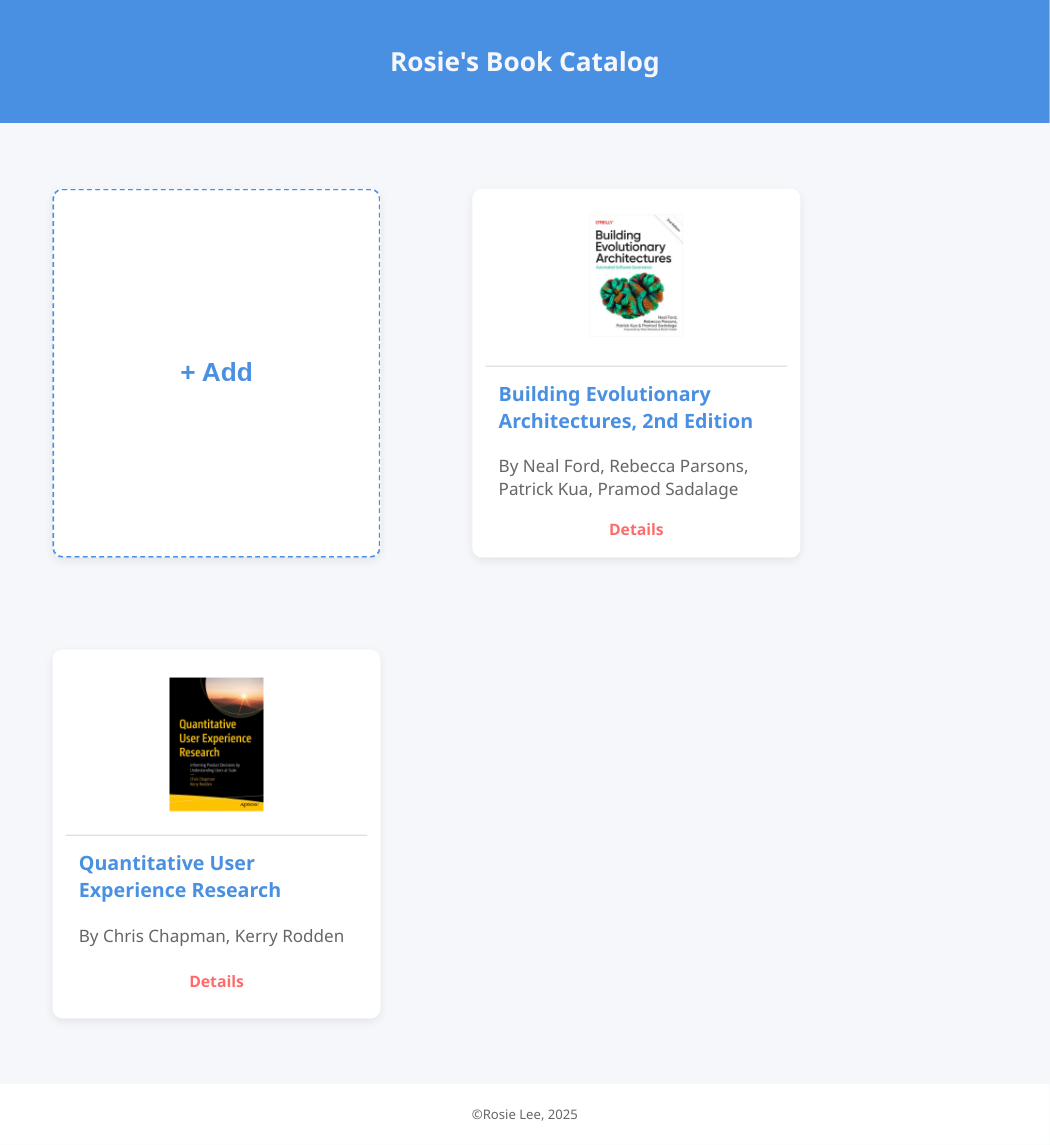
Repository: rosielee09/book-catalog
Page: /
These files come from the project's save history. The page is drawn as it stood at one moment and after the next save; the edit follows.
The browser window is 1280 px wide. The pictures show the whole page, at 82% of full size.
The project was rebuilt for these pictures with package versions that can differ from the ones it lists, and the page was loaded fresh each time. Also part of the build but not shown: vite.config.js.

Above is the page before, as saved 2025-09-12 22:02:24.

After the next save:
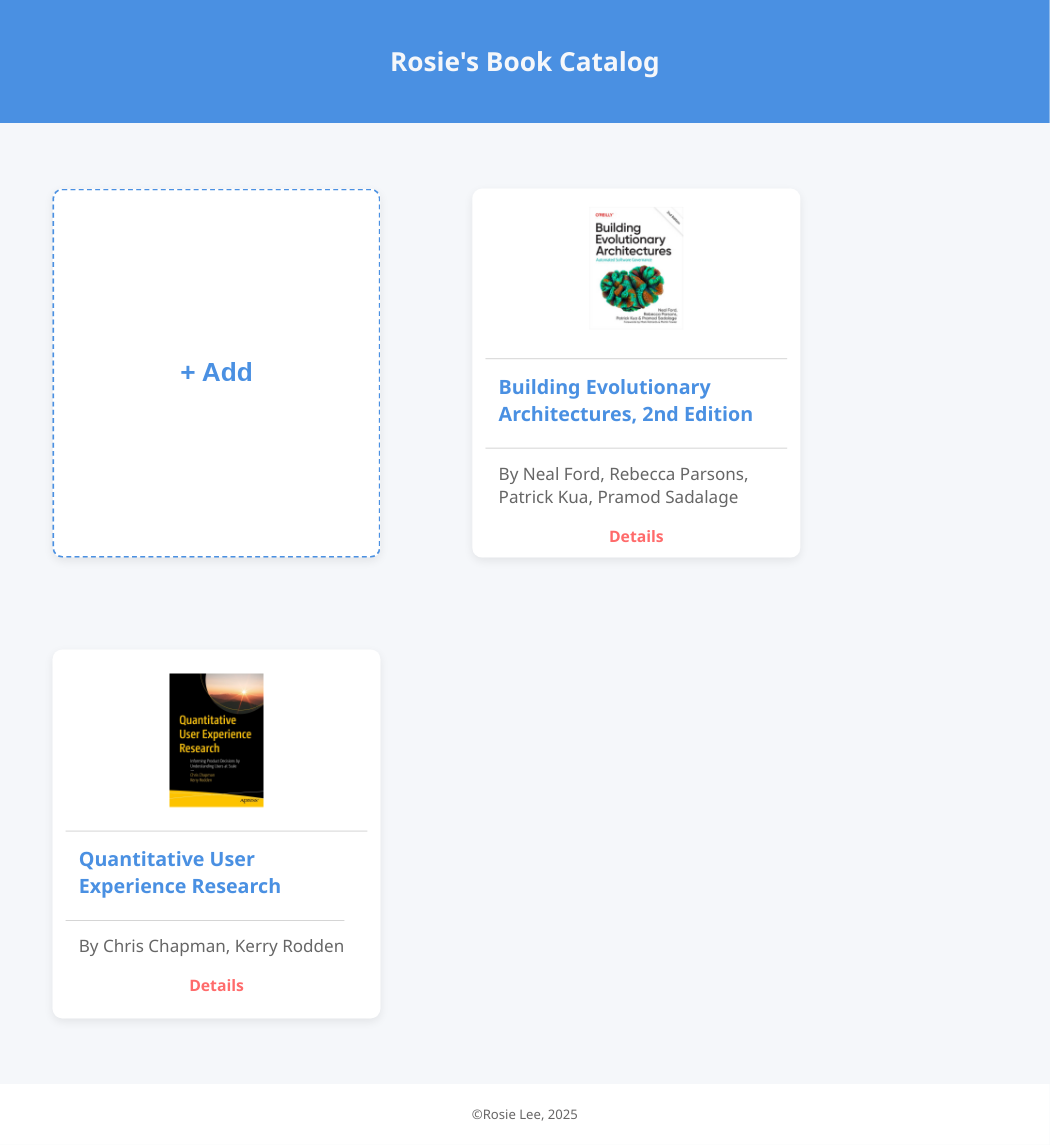
Saved 21 s later.
--- a/src/index.css
+++ b/src/index.css
@@ -96,6 +96,8 @@
 	font-size: 1.3rem;
 	color: #666;
 	padding-left: 1rem;
+	border-top: 1px solid #ccc;
+	padding-top: 1rem;
 }
 
 .book-link {

After the save that followed:
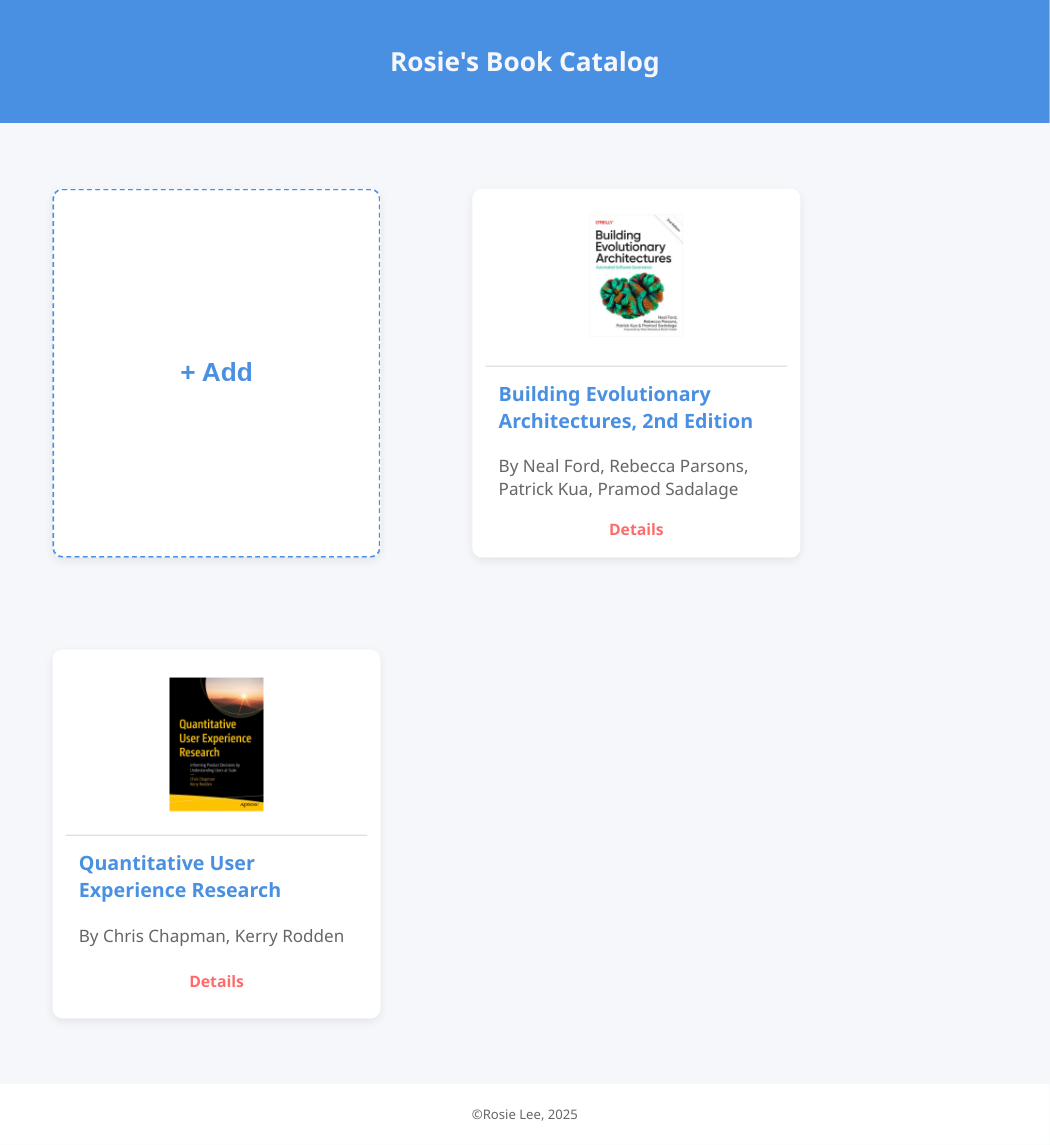
Saved 36 s later.
--- a/src/index.css
+++ b/src/index.css
@@ -96,8 +96,6 @@
 	font-size: 1.3rem;
 	color: #666;
 	padding-left: 1rem;
-	border-top: 1px solid #ccc;
-	padding-top: 1rem;
 }
 
 .book-link {
